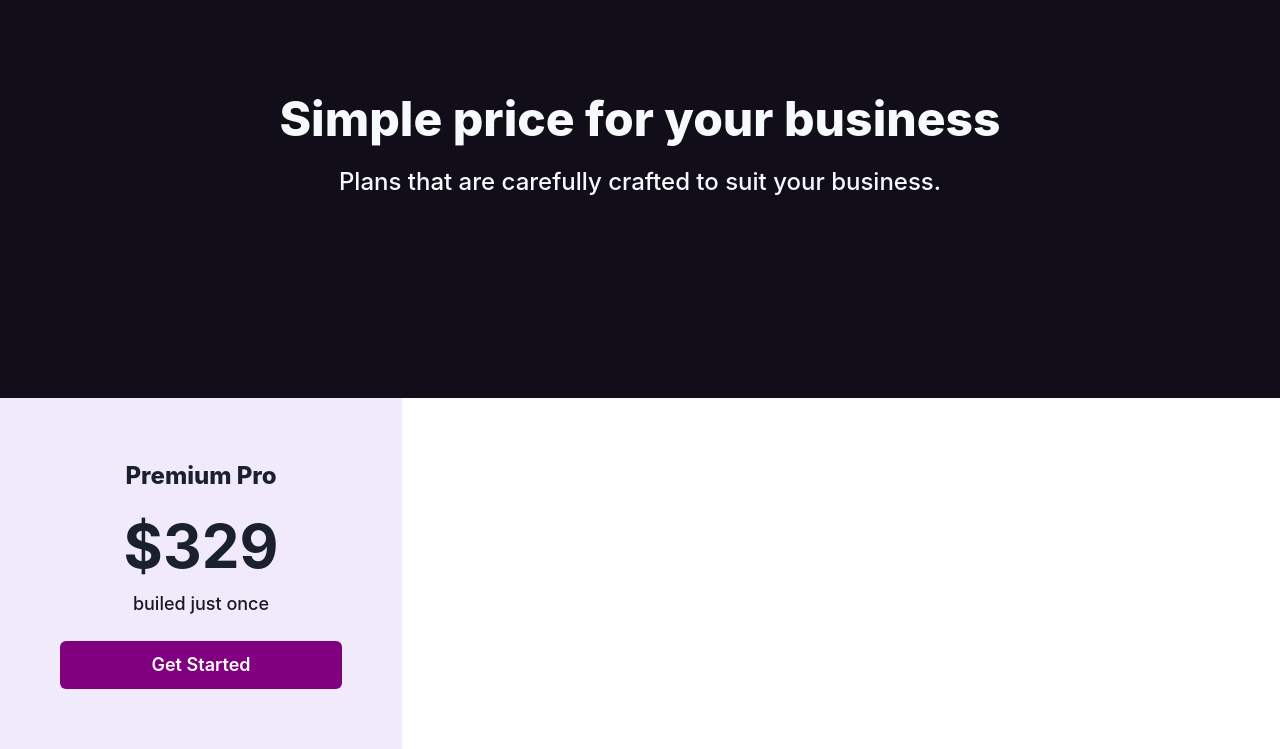
Repository: noutijo/learn-in-depth-chakra-ui
Page: /
The author's editor kept a copy of each file at every save. The page is drawn from the files as they stood at one save, then again after the next save.
The browser window is 1280 px wide. The pictures show the whole page.
The project was rebuilt for these pictures with package versions that can differ from the ones it lists, and the page was loaded fresh each time. Also part of the build but not shown: vite.config.ts.

Above is the page before, as saved 2023-01-30 16:01:46.

### src/main.tsx
import React from 'react'
import ReactDOM from 'react-dom/client'
import App from './App'
import { ChakraProvider } from "@chakra-ui/react"

ReactDOM.createRoot(document.getElementById('root') as HTMLElement).render(
  <ChakraProvider>
  <React.StrictMode>
    <App />
  </React.StrictMode>
  </ChakraProvider>,
)

### src/App.tsx
//import './App.css'
import "./App.css";
import { Box, Flex, Stack, VStack, HStack } from "@chakra-ui/react";
import { Header  } from "./components/Header";
import { Pricing } from "./components/Pricing";

export default function App() {
  return (
    <div className="App">
      <Box>
        <Header />
        <Pricing />
      </Box>
    </div>
  );
}

### src/App.css
#root {
  max-width: 1280px;
  margin: 0 auto;
  text-align: center;
}

.logo {
  height: 6em;
  padding: 1.5em;
  will-change: filter;
}
.logo:hover {
  filter: drop-shadow(0 0 2em #646cffaa);
}
.logo.react:hover {
  filter: drop-shadow(0 0 2em #61dafbaa);
}

@keyframes logo-spin {
  from {
    transform: rotate(0deg);
  }
  to {
    transform: rotate(360deg);
  }
}

@media (prefers-reduced-motion: no-preference) {
  a:nth-of-type(2) .logo {
    animation: logo-spin infinite 20s linear;
  }
}

.card {
  padding: 2em;
}

.read-the-docs {
  color: #888;
}

### src/components/Header.tsx
//import './App.css'
import { Box, Heading, Text, Flex } from "@chakra-ui/react";

export function Header() {
  return (
    <Box
      as="section"
      color="#F7FAFC"
      bg="#120E19"
      pt="90px"
      pb="198px"
      px="32px">
      <Heading fontWeight={800} fontSize={"48px"}>
        Simple price for your business
      </Heading>
      <Text fontWeight={500} fontSize={"24px"} mt="16px">
        Plans that are carefully crafted to suit your business.
      </Text>
    </Box>
  );
}

### src/components/Pricing.tsx
//import './App.css'
import { Box, Heading, Text, Flex, Button, HStack, Icon } from "@chakra-ui/react"
import { BsCheckCircleFill } from "react-icons/bs"

export const ListItem = (props:any)=>{
    const {children, ...rest } = props
    return (
      <HStack as="li" spacing="20px" {...rest}>
        <Icon as={BsCheckCircleFill}  w="22px" h="22px"/>
        <Text>{children}</Text>
      </HStack>
    );
}

export function Pricing() {
  return (
    <Box>
      <Flex>
        <Box bg="#f0eafb" p="60px">
          <Text fontSize="24px" fontWeight="800">
            Premium Pro
          </Text>
          <Heading as="h3" fontSize="60px" mt="16px">
            $329
          </Heading>
          <Text fontSize="18px" fontWeight="500" color="#171923" mt="8px">
            builed just once
          </Text>
          <Button
            bg="purple"
            color="white"
            size={"lg"}
            w="282px"
            mt="24px"
            _hover={{ backgrounColor: "purple", color: "#F7FAFC" }}>
            Get Started
          </Button>
        </Box>

        <Box>
            <Text fontSize="18px" fontWeight="500" color="#171923" mt="8px">

          </Text>
        </Box>
      </Flex>
    </Box>
  )
}

Loaded but not shown: index.html (common file)

After the next save:
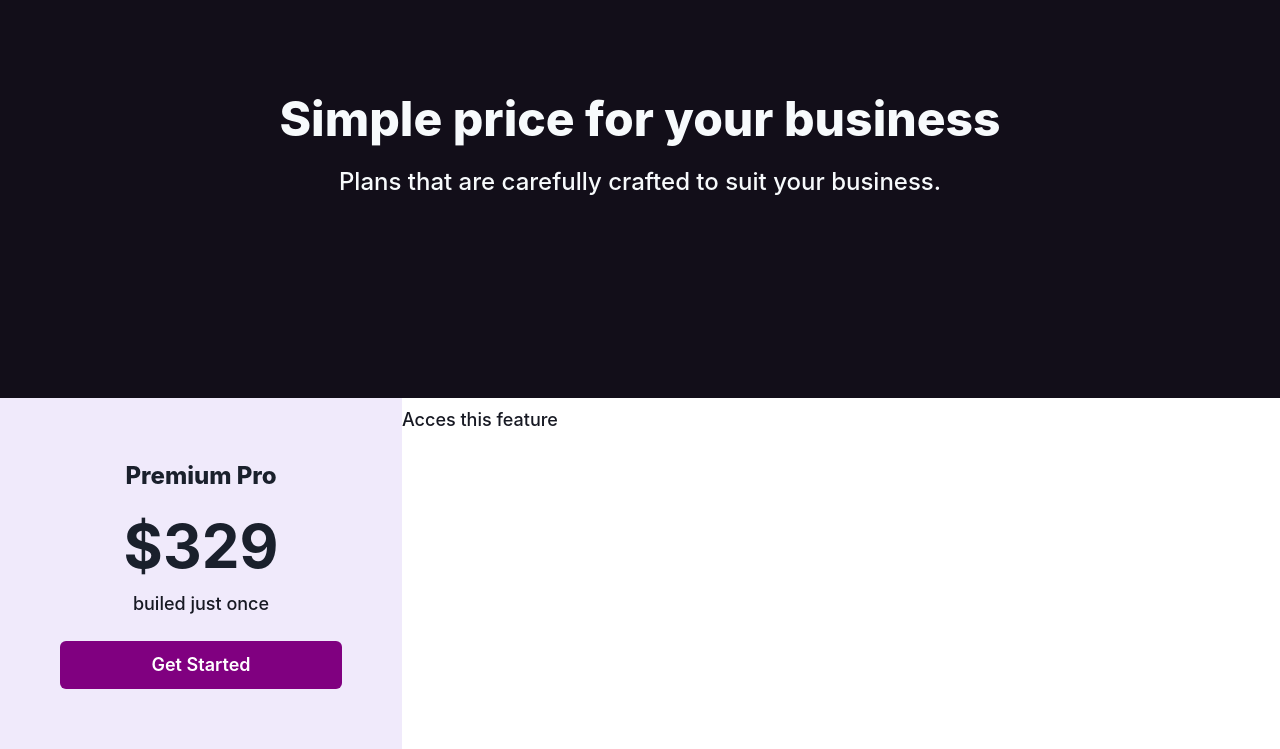
Saved 6 s later.
--- a/src/components/Pricing.tsx
+++ b/src/components/Pricing.tsx
@@ -39,7 +39,7 @@ export function Pricing() {
 
         <Box>
             <Text fontSize="18px" fontWeight="500" color="#171923" mt="8px">
-
+            Acces this feature
           </Text>
         </Box>
       </Flex>
